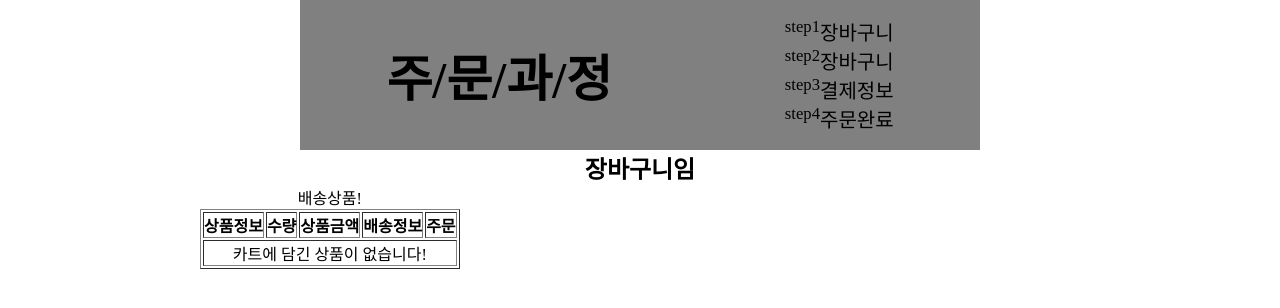
Repository: kym-1000/book
Page: http://localhost/book/WEB-INF/views/cart/cart1.jsp
These files come from the project's save history. The page is drawn as it stood at one moment and after the next save; the edit follows.
The browser window is 1280 px wide. The pictures show the whole page.
The page is served by Tomcat 9. Nobody is signed in. Other server files are loaded and not shown. The template is opened directly, without the code that normally fills it, so the values that code supplies are empty.

Above is the page before, as saved 2023-01-02 08:49:56.

### book/book/src/main/webapp/WEB-INF/views/cart/cart1.jsp
<%@ page language="java" contentType="text/html; charset=UTF-8"
    pageEncoding="UTF-8"%>
<!DOCTYPE html>
<html>
<head>
<meta charset="UTF-8">
<title>Insert title here</title>
	<style type="text/css">

		*{
			margin: auto;
			padding: 0;
		}

		#table{
			margin-left: 200px;
			margin-right: 200px;
			text-align: center;

		}

	</style>
</head>
<body>

	<jsp:include page="../cart/cartheader.jsp"></jsp:include>


	<h2 style="text-align: center;">장바구니임</h2>

<div id="cart">
	<table  border="1" id="table">
		<caption >
	      배송상품!
	    </caption>
		<thead >
	      <tr >
		      <th  colspan="3" scope="col" class="txt">상품정보</th>
		      <th  scope="col" >수량</th>
		      <th  scope="col" >상품금액</th>
		      <th  scope="col" >배송정보</th>
		      <th  scope="col" >주문</th>
	      </tr>
	     </thead>
	      <tbody >
	      <tr >
	      <td  colspan="7" >
	      <p  class="txt_tit">카트에 담긴 상품이 없습니다!</p>
	      </td>
	      </tr>
	      </tbody>
	</table>
</div>
</body>
</html>

### book/book/src/main/webapp/WEB-INF/views/cart/cartheader.jsp
<%@ page language="java" contentType="text/html; charset=UTF-8"
    pageEncoding="UTF-8"%>
<%@ taglib uri="http://java.sun.com/jsp/jstl/core" prefix="c" %>
<!DOCTYPE html>
<html>
<head>
<meta charset="UTF-8">
<title>Insert title here</title>
<style type="text/css">

	#pagetop{
		margin-left: 300px;
		margin-right: 300px;
	    background-color: grey;
	    font-size: 20px;
		height: 150px;
		display : flex;
	  	/* justify-content : center; */
	  	align-items : center;
	}

</style>
</head>
<body>


	<div id="pagetop">
		<h2 style="text-align: left; font-size: 50px">
			주/문/과/정
		</h2>
		<div style="text-align: right;">

		<c:choose >
		<c:when test="${msg eq 1}">
		<div style="color: red">
		<sup>step1</sup>장바구니
		</div>
		</c:when>
		<c:otherwise>
		<div>
		<sup>step1</sup>장바구니
		</div>
		</c:otherwise>
		</c:choose>

		<c:choose>
		<c:when test="${msg eq 2}">
		<div style="color: red">
		<sup>step2</sup>배송정보
		</div>
		</c:when>
		<c:otherwise>
		<div>
		<sup>step2</sup>장바구니
		</div>
		</c:otherwise>
		</c:choose>

		<c:choose>
		<c:when test="${msg eq 3}">
		<div style="color: red">
		<sup>step3</sup>결제정보
		</div>
		</c:when>
		<c:otherwise>
		<div>
		<sup>step3</sup>결제정보
		</div>
		</c:otherwise>
		</c:choose>

		<c:choose>
		<c:when test="${msg eq 4}">
		<div style="color: red">
		<sup>step4</sup>주문완료
		</div>
		</c:when>
		<c:otherwise>
		<div>
		<sup>step4</sup>주문완료
		</div>
		</c:otherwise>
		</c:choose>

		</div>
	</div>

</body>
</html>

After the next save:
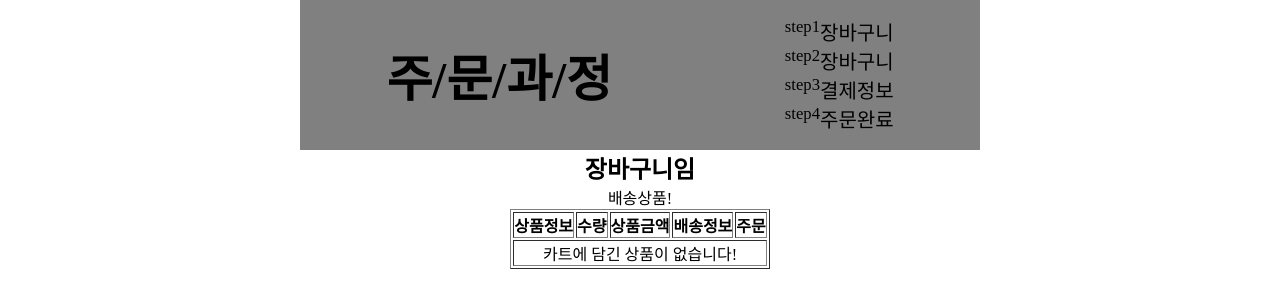
Saved 5 s later.
--- a/book/book/src/main/webapp/WEB-INF/views/cart/cart1.jsp
+++ b/book/book/src/main/webapp/WEB-INF/views/cart/cart1.jsp
@@ -12,7 +12,7 @@
 			padding: 0;
 		}
 
-		#table{
+		#cart{
 			margin-left: 200px;
 			margin-right: 200px;
 			text-align: center;
